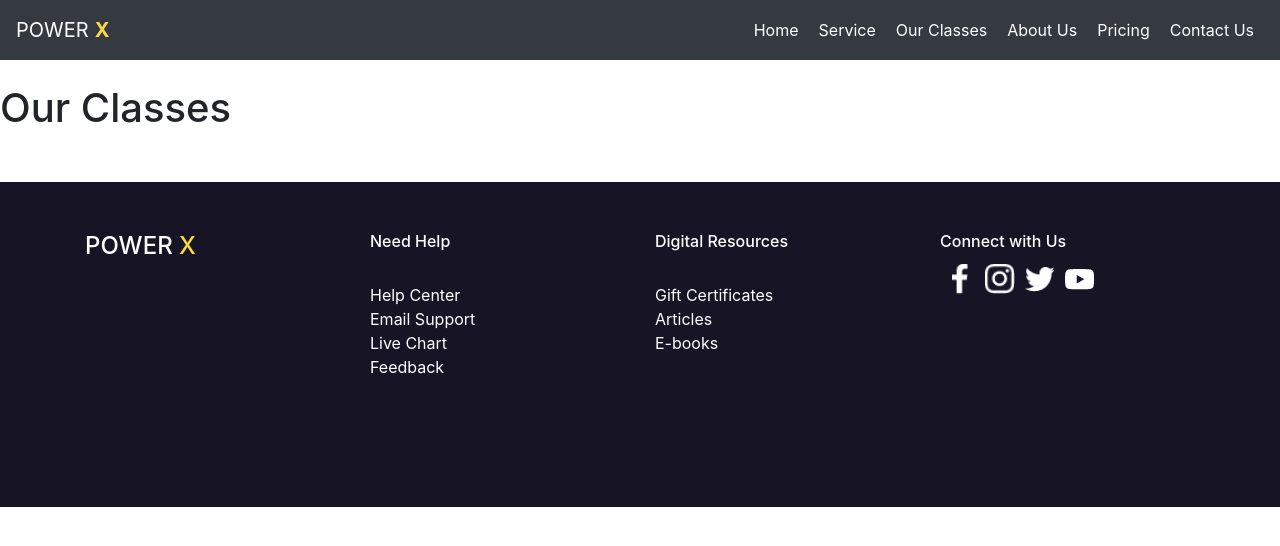
Repository: arif286/power-x-gym
Page: /classes
An editor plug-in stored every save of this project. The page is shown before and after the next save, followed by the edit.
The browser window is 1280 px wide. The pictures show the whole page.
The page's requests for data from a server got no answer. The project was rebuilt for these pictures with package versions that can differ from the ones it lists, and the page was loaded fresh each time. No one was signed in, and anything a server would have sent is missing. Also part of the build but not shown: src/components/About/About.js, src/components/ChooseUs/ChooseUs.js, src/components/Programs/Programs.css, src/components/Programs/Programs.js, src/components/WorkOut/WorkOut.css, src/components/WorkOut/WorkOut.js, src/components/Home/Home.js, src/components/PricingPlan/PricingPlan.css.

Above is the page before, as saved 2021-04-08 01:58:30.

### src/index.js
import React from 'react';
import ReactDOM from 'react-dom';
import App from './App';
import "./index.css";
import reportWebVitals from './reportWebVitals';
ReactDOM.render(
  <React.StrictMode>
    <App />
  </React.StrictMode>,
  document.getElementById('root')
);

// If you want to start measuring performance in your app, pass a function
// to log results (for example: reportWebVitals(console.log))
// or send to an analytics endpoint. Learn more: https://bit.ly/CRA-vitals
reportWebVitals();

### src/App.js
import "bootstrap/dist/css/bootstrap.min.css";
import React from 'react';
import { BrowserRouter as Router, Route, Switch } from "react-router-dom";
import Classes from "./components/Classes/Classes";
import Footer from "./components/Footer/Footer";
import Header from './components/Header/Header';
import Home from './components/Home/Home';
import PricingPlan from "./components/PricingPlan/PricingPlan";
function App() {
  return (
    <div>
      <Router>
        <Header />
        <Switch>
          <Route path="/home">
            <Home />
          </Route>
          <Route path="/classes">
            <Classes/>
          </Route>
          <Route path='/pricing'>
            <PricingPlan/>
          </Route>
          <Route exact path="/">
            <Home />
          </Route>
        </Switch>
        <Footer />
      </Router>
    </div>
  );
}

export default App;

### src/components/Classes/Classes.js
import axios from 'axios';
import React, { useEffect, useState } from 'react';

const Classes = () => {
    const [event, setevent] = useState([]);
    useEffect(() => {
        axios.get("http://localhost:5000/events")
            .then(res => console.log(res.data))
        .catch(err=>console.log(err))
    }, []);
    return (
        <div>
            <h1>Our Classes</h1>
        </div>
    );
};

export default Classes;

### src/components/Footer/Footer.js
import React from "react";
import { Col, Container, Row } from "react-bootstrap";
import { NavLink } from "react-router-dom";
import Facebook from "../../power-x-gym/Image & Icon/bxl-facebook.png";
import Instagram from "../../power-x-gym/Image & Icon/bxl-instagram.png";
import Twitter from "../../power-x-gym/Image & Icon/bxl-twitter.png";
import YouTube from "../../power-x-gym/Image & Icon/bxl-youtube.png";
import "./Footer.css";
const Footer = () => {
  return (
    <footer>
      <Container>
        <Row className="footer-title">
          <Col xs={12} sm={6} md={3} className="pb-5">
            <h4 style={{ color: "white" }}>
              POWER <span style={{ color: "#fcd842" }}>X</span>
            </h4>
          </Col>
          <Col xs={12} sm={6} md={3} className="pb-5">
            <h6>Need Help</h6>
            <ul className="footer-link">
              <li>
                <NavLink className="company-list" to="/">
                  Help Center
                </NavLink>
              </li>
              <li>
                <NavLink className="company-list" to="/">
                  {" "}
                  Email Support
                </NavLink>
              </li>
              <li>
                <NavLink className="company-list" to="/">
                  Live Chart
                </NavLink>
              </li>
              <li>
                <NavLink className="company-list" to="/">
                  Feedback
                </NavLink>
              </li>
            </ul>
          </Col>
          <Col xs={12} sm={6} md={3} className="pb-5">
            <h6>Digital Resources</h6>
            <ul className="footer-link">
              <li>
                <NavLink className="company-list" to="/">
                  Gift Certificates
                </NavLink>
              </li>
              <li>
                <NavLink className="company-list" to="/">
                  Articles
                </NavLink>
              </li>
              <li>
                <NavLink className="company-list" to="/">
                  E-books
                </NavLink>
              </li>
            </ul>
          </Col>
          <Col xs={12} sm={6} md={3} className="pb-5">
            <h6>Connect with Us</h6>
            <div className="social-link">
              <p>
                <a href="/">
                  <img className="social-img" src={Facebook} alt="" />
                </a>
              </p>
              <p className="social-link">
                <a href="/">
                  <img className="social-img" src={Instagram} alt="" />
                </a>
              </p>
              <p>
                <a href="/">
                  <img className="social-img" src={Twitter} alt="" />
                </a>
              </p>
              <p>
                <a href="/">
                  <img className="social-img" src={YouTube} alt="" />
                </a>
              </p>
            </div>
          </Col>
        </Row>
      </Container>
    </footer>
  );
};

export default Footer;

### src/components/Header/Header.js
import React from "react";
import { Nav, Navbar } from "react-bootstrap";
import { NavLink } from "react-router-dom";
import './Header.css';
const Header = () => {
  return (
    <div>
      <Navbar bg="dark" variant="dark" expand="lg">
        <Navbar.Brand href="#home">
          POWER
          <span
            style={{ color: "#FCD842", marginLeft: "6px", fontWeight: 700 }}
          >
            X
          </span>
        </Navbar.Brand>
        <Navbar.Toggle aria-controls="basic-navbar-nav" />
        <Navbar.Collapse id="basic-navbar-nav">
          <Nav className="ml-auto">
            <NavLink className="header-link" to="/home">
              Home
            </NavLink>
            <NavLink className="header-link" to="#features">
              Service
            </NavLink>
            <NavLink className="header-link" to="/classes">
              Our Classes
            </NavLink>
            <NavLink className="header-link" to="/features">
              About Us
            </NavLink>
            <NavLink className="header-link" to="/pricing">
              Pricing
            </NavLink>
            <NavLink className="header-link" to="/pricing">
              Contact Us
            </NavLink>
          </Nav>
        </Navbar.Collapse>
      </Navbar>
      <br />
    </div>
  );
};

export default Header;

### src/components/PricingPlan/PricingPlan.js
import { faCheck } from "@fortawesome/free-solid-svg-icons";
import { FontAwesomeIcon } from "@fortawesome/react-fontawesome";
import React from "react";
import { Card, Col, Container, Row } from "react-bootstrap";
import "./PricingPlan.css";

const check = <FontAwesomeIcon icon={faCheck} />;
const PricingPlan = () => {
  return (
    <Container className="text-center">
      <h4
        style={{
          textTransform: "uppercase",
          fontWeight: 700,
          color: "#fcd842",
          textAlign: "center",
        }}
      >
        choose the offer <span style={{ color: "black" }}>that suits you</span>
      </h4>
      <p
        style={{
          display: "inline-block",
          width: "300px",
          marginTop: "10px",
          marginBottom: "40px",
        }}
      >
        Lorem Ipsum is simply dummy text of the printing and typesetting
        industry.
      </p>
      <Row className="row-cols-1 row-cols-sm-3">
        <Col className="pb-4">
          <Card className="advance-plan price-card">
            <Card.Body>
              <p>billed monthly</p>
              <h6>advance</h6>
              <h6 style={{ color: "#fcd842", fontSize: "35px" }}>$140</h6>
              <div>
                <ul className="price-plan">
                  <li>
                    <span>{check}</span>Mobile-Optimized
                  </li>
                  <li>
                    <span>{check}</span>Best Hosting
                  </li>
                  <li>
                    <span>{check}</span>Free Custom
                  </li>
                  <li>
                    <span>{check}</span>Oustanding
                  </li>
                  <li>
                    <span>{check}</span>Happy Customers
                  </li>
                </ul>
              </div>
              <button className="purchase-btn">purchase</button>
            </Card.Body>
          </Card>
        </Col>
        <Col className="pb-4">
          <Card className="basic-plan price-card">
            <Card.Body>
              <p>billed monthly</p>
              <h6>basic</h6>
              <h6 style={{ color: "#fcd842", fontSize: "35px" }}>$120</h6>
              <ul className="price-plan">
                <li>
                  <span>{check}</span>Mobile-Optimized
                </li>
                <li>
                  <span>{check}</span>Best Hosting
                </li>
                <li>
                  <span>{check}</span>Free Custom
                </li>
                <li>
                  <span>{check}</span>Oustanding
                </li>
                <li>
                  <span>{check}</span>Happy Customers
                </li>
              </ul>
              <button className="purchase-btn">purchase</button>
            </Card.Body>
          </Card>
        </Col>
        <Col className="pb-4">
          <Card className="beginner-plan price-card">
            <Card.Body>
              <p>billed monthly</p>
              <h6>beginners</h6>
              <h6 style={{ color: "#fcd842", fontSize: "35px" }}>$90</h6>
              <ul className="price-plan">
                <li>
                  <span>{check}</span>Mobile-Optimized
                </li>
                <li>
                  <span>{check}</span>
                  Best Hosting
                </li>
                <li>
                  <span>{check}</span>Free Custom
                </li>
                <li>
                  <span>{check}</span>Oustanding
                </li>
                <li>
                  <span>{check}</span>Happy Customers
                </li>
              </ul>
              <button className="purchase-btn">purchase</button>
            </Card.Body>
          </Card>
        </Col>
      </Row>
    </Container>
  );
};

export default PricingPlan;

### src/components/Footer/Footer.css
footer {
  background-color: #171426;
  padding-top: 50px;
  padding-bottom: 80px;
  margin-top: 50px;
}
.footer-link {
  list-style: none;
  display: inline;
}
.company-list {
  text-decoration: none;
  color: white;
}
.company-list:hover {
  color: hotpink;
  text-decoration: none;
}
.social-link {
  display: flex;
}

.social-img {
  width: 30px;
  height: 30px;
  object-fit: contain;
}

.social-link p {
  padding: 5px;
  display: inline;
}

.social-link p a img:hover {
  background-color: #257cc3;
}
.footer-title h6 {
  color: white;
}

### src/components/Header/Header.css
.header-link {
  text-decoration: none !important;
  color: white;
  padding: 10px;
}
.header-link:hover {
  color: gray;
}

Loaded but not shown: public/index.html (common file); src/index.css (common file); src/reportWebVitals.js (common file)

After the next save:
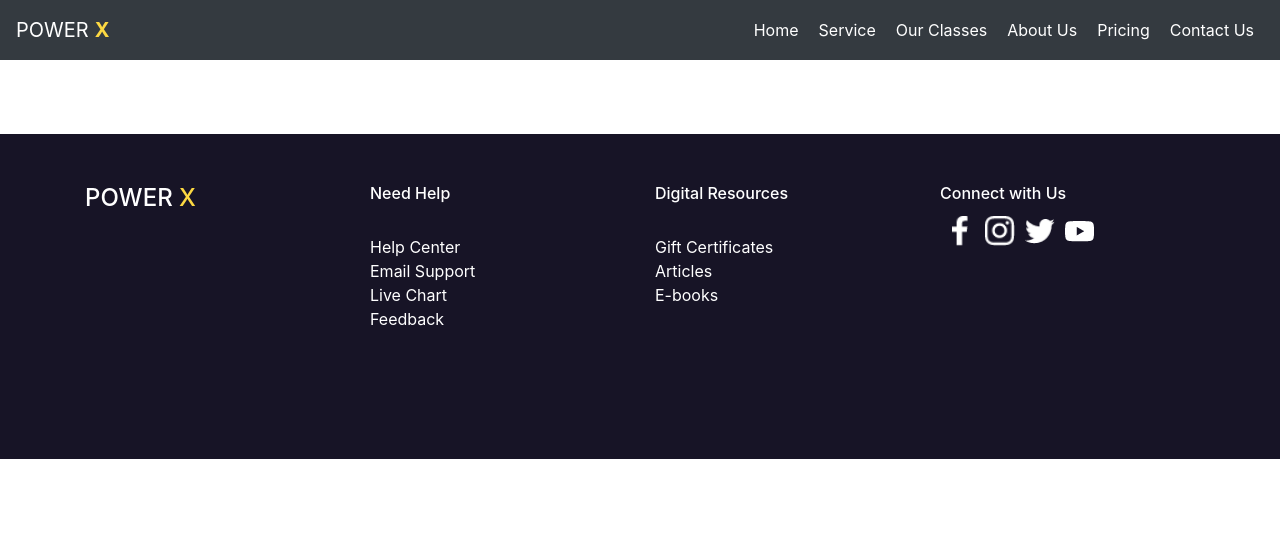
Saved 6 min 20 s later.
--- a/src/components/Classes/Classes.js
+++ b/src/components/Classes/Classes.js
@@ -1,18 +1,29 @@
-import axios from 'axios';
-import React, { useEffect, useState } from 'react';
+import axios from "axios";
+import React, { useEffect, useState } from "react";
+import { Card, Col, Container, Row } from "react-bootstrap";
 
 const Classes = () => {
-    const [event, setevent] = useState([]);
-    useEffect(() => {
-        axios.get("http://localhost:5000/events")
-            .then(res => console.log(res.data))
-        .catch(err=>console.log(err))
-    }, []);
-    return (
-        <div>
-            <h1>Our Classes</h1>
-        </div>
-    );
+  const [event, setEvent] = useState([]);
+  useEffect(() => {
+    axios
+      .get("http://localhost:5000/events")
+      .then((res) => setEvent(res.data))
+      .catch((err) => console.log(err));
+  }, []);
+
+  return (
+    <Container>
+      <Row className="row-cols-1 row-cols-sm-3">
+        {event.map((item) => (
+          <Col key={item.id}>
+            <Card>
+              <p>{item.title}</p>
+            </Card>
+          </Col>
+        ))}
+      </Row>
+    </Container>
+  );
 };
 
 export default Classes;
